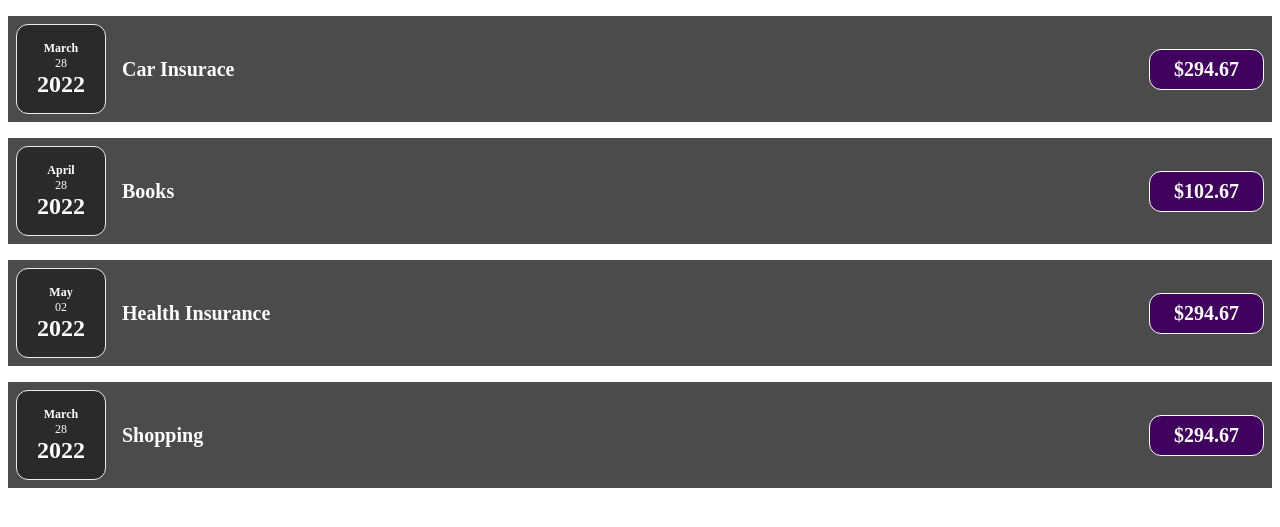
Repository: AbrorjonKuchkarov/expence-tracker-react
Page: /
These files come from the project's save history. The page is drawn as it stood at one moment and after the next save; the edit follows.
The browser window is 1280 px wide. The pictures show the whole page.
The project was rebuilt for these pictures with package versions that can differ from the ones it lists, and the page was loaded fresh each time. Also part of the build but not shown: src/App.css.

Above is the page before, as saved 2022-04-13 16:16:24.

### src/App.js
import "./App.css";
import ExpenseItem from "./components/ExpenseItem";

function App() {
  const expenses = [
    {
      id: "01",
      title: "Car Insurace",
      amount: 294.67,
      date: new Date(2022, 2, 28),
    },
    {
      id: "02",
      title: "Books",
      amount: 102.67,
      date: new Date(2022, 3, 28),
    },
    {
      id: "03",
      title: "Health Insurance",
      amount: 294.67,
      date: new Date(2022, 4, 2),
    },
    {
      id: "04",
      title: "Shopping",
      amount: 294.67,
      date: new Date(2022, 2, 28),
    },
  ];
  return (
    <div>
      <ExpenseItem
        title={expenses[0].title}
        amount={expenses[0].amount}
        date={expenses[0].date}
      ></ExpenseItem>
      <ExpenseItem
        title={expenses[1].title}
        amount={expenses[1].amount}
        date={expenses[1].date}
      ></ExpenseItem>
      <ExpenseItem
        title={expenses[2].title}
        amount={expenses[2].amount}
        date={expenses[2].date}
      ></ExpenseItem>
      <ExpenseItem
        title={expenses[3].title}
        amount={expenses[3].amount}
        date={expenses[3].date}
      ></ExpenseItem>
    </div>
  );
}

export default App;

### src/components/ExpenseItem.js
import React from "react";
import "./ExpenseItem.css";
import ExpenseDate from "./ExpenseDate";

const ExpenseItem = (props) => {
  return (
    <div className="expense-item">
      <ExpenseDate date={props.date} />
      <div className="expense-item__description">
        <h2>{props.title}</h2>
        <div className="expense-item__price">${props.amount}</div>
      </div>
    </div>
  );
};

export default ExpenseItem;

### src/components/ExpenseItem.css
.expense-item{
   display: flex;
   justify-content: space-between;
   align-items: center;
   box-shadow: 0, 2px, 8px rgba(0,0,0,0.25);
   padding: 0.5rem;
   margin: 1rem 0;
   background-color: #4b4b4b;
}

.expense-item__description{
   display: flex;
   flex-direction: column;
   gap: 1rem;
   align-items: flex-end;
   flex-flow: column-reverse;
   justify-content: flex-start;
   flex: 1;
}

.expense-item h2{
   color: #3a3a3a;
   font-size: 1rem;
   flex: 1;
   margin: 0 1rem;
   color: white;
}

.expense-item__price {
   font-size: 1rem;
   font-weight: bold;
   color: white;
   background-color: #40005d;
   border: 1px solid white;
   padding: 0.5rem;
   border-radius: 12px;
}

@media (min-width: 580px){
   .expense-item__description{
      flex-direction: row;
      align-items: center;
      justify-content: flex-start;
      flex: 1;
   }

   .expense-item__description h2 {
      font-size: 1.25rem;
   }

   .expense-item__price {
      font-size: 1.25rem;
      padding: 0.5rem 1.5rem;
   }
}

### src/components/ExpenseDate.js
import React from "react";
import "./ExpenseDate.css";

const ExpenseDate = (props) => {
  const month = props.date.toLocaleString("en-US", { month: "long" });
  const day = props.date.toLocaleString("en-US", { day: "2-digit" });
  const year = props.date.getFullYear();

  return (
    <div className="expense-date">
      <div className="expense-date__month">{month}</div>
      <div className="expense-date__day">{day}</div>
      <div className="expense-date__year">{year}</div>
    </div>
  );
};

export default ExpenseDate;

### src/components/ExpenseDate.css
.expense-date {
   display: flex;
   flex-direction: column;
   width: 5.5rem;
   height: 5.5rem;
   border: 1px solid #ececec;
   background: #2a2a2a;
   color: white;
   border-radius: 12px;
   align-items: center;
   justify-content: center;
}

.expense-date__month {
   font-size: 0.75rem;
   font-weight: bold;
}

.expense-date__day {
   font-size: 0.75rem;
}

.expense-date__year {
   font-size: 1.5rem;
   font-weight: bold;
}

Loaded but not shown: public/index.html (common file); src/index.js (common file)

After the next save:
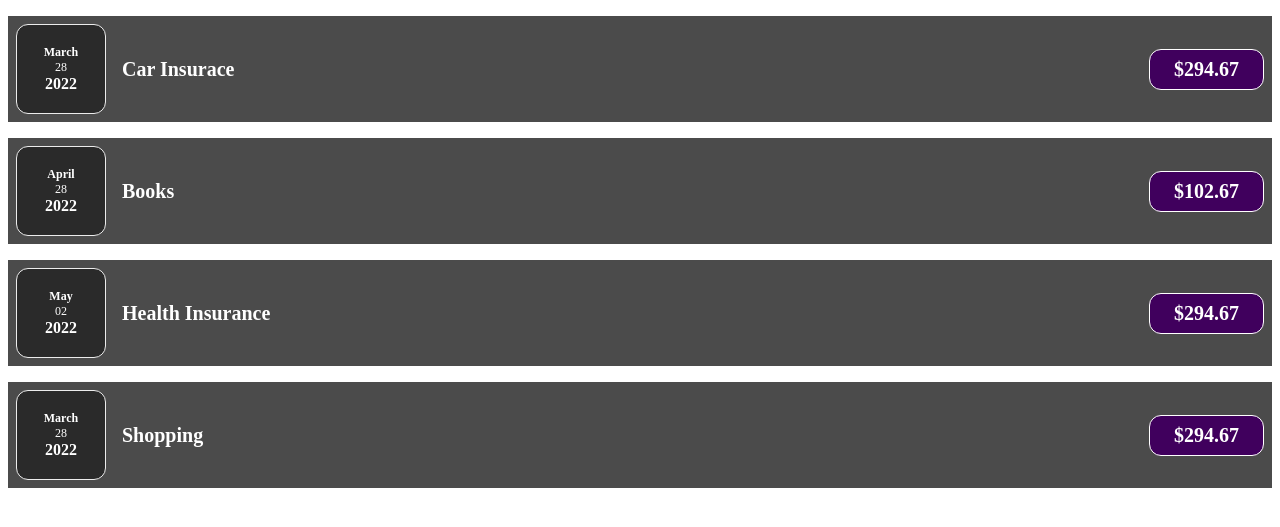
Saved 12 s later.
--- a/src/components/ExpenseDate.css
+++ b/src/components/ExpenseDate.css
@@ -21,6 +21,6 @@
 }
 
 .expense-date__year {
-   font-size: 1.5rem;
+   font-size: 1 rem;
    font-weight: bold;
 }
